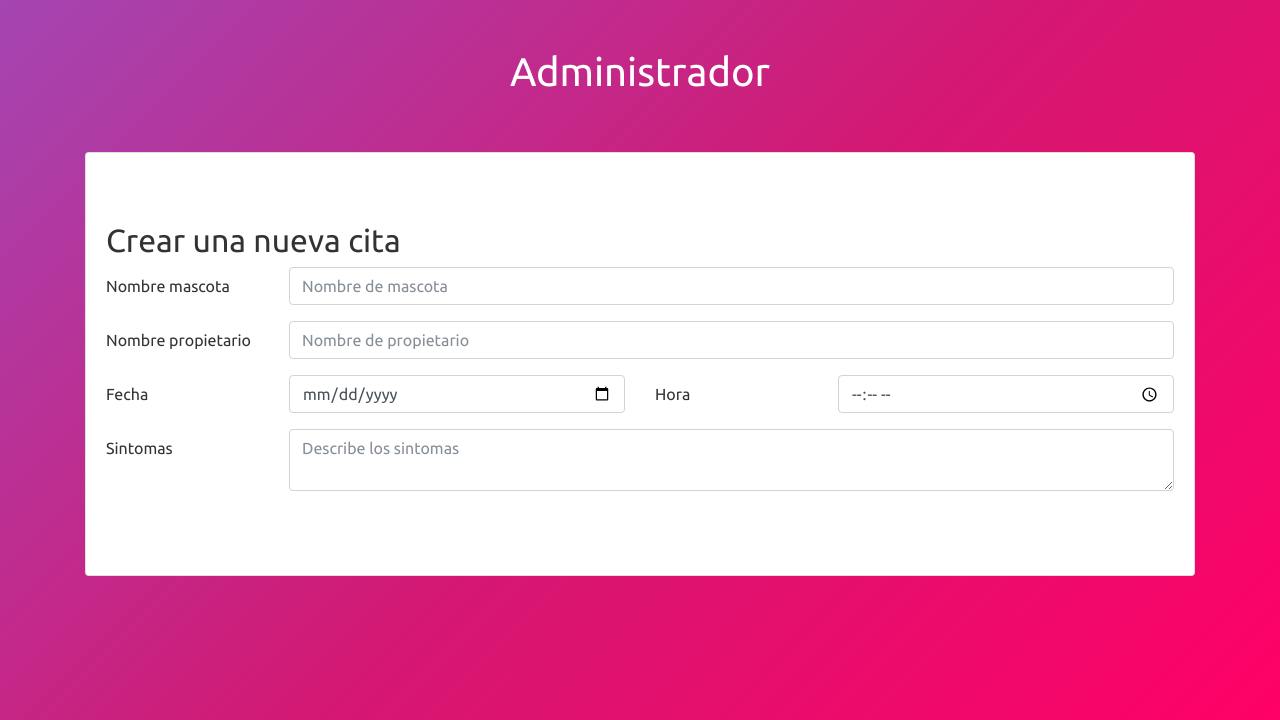
Repository: harrycampaz/react-veterinario-form
Page: /
An editor plug-in stored every save of this project. The page is shown before and after the next save, followed by the edit.
The browser window is 1280 px wide. The pictures show the whole page.
The project was rebuilt for these pictures with package versions that can differ from the ones it lists, and the page was loaded fresh each time.

Above is the page before, as saved 2020-01-16 14:25:35.

### src/App.js
import React, { Component } from "react";
import "./bootstrap.min.css";
import Header from "./components/ui/Header";
import NuevaCita from "./components/layout/NuevaCita";

class App extends Component {
  state = {};
  render() {
    return (
      <div className="container">
        <Header titulo="Administrador" />
        <div className="row">
          <div className="col-md-12 max-auto">
            <NuevaCita />
          </div>
        </div>
      </div>
    );
  }
}

export default App;

### src/components/ui/Header.js
import React from 'react';

const Header = ({titulo}) => {
    return (
      <header>
<h1 className="text-center"> {titulo}</h1>
      </header>
    );
};

export default Header;

### src/components/layout/NuevaCita.js
import React, { Component } from "react";

class NuevaCita extends Component {
  render() {
    return (

      <div className="card mt-5 py-5">
        <div className="card-body">
          <h2> Crear una nueva cita</h2>
        <form>
          <div class="form-group row">
            <label className="col-sm-4 col-lg-2 col-form-label" for="nombre">
              Nombre mascota
            </label>
            <div className="col-sm-8 col-lg-10">
              <input
                type="text"
                className="form-control"
                name="mascota"
                id="mascota"
                aria-describedby="emailHelpId"
                placeholder="Nombre de mascota"
              />
            </div>
          </div>
          <div class="form-group row">
            <label className="col-sm-4 col-lg-2 col-form-label" for="nombre">
              Nombre propietario
            </label>
            <div className="col-sm-8 col-lg-10">
              <input
                type="text"
                className="form-control"
                name="propietario"
                id="propietario"
                aria-describedby="emailHelpId"
                placeholder="Nombre de propietario"
              />
            </div>
          </div>

          <div class="form-group row">
            <label className="col-sm-4 col-lg-2 col-form-label" for="nombre">
              Fecha
            </label>
            <div className="col-sm-8 col-lg-4">
              <input
                type="date"
                className="form-control"
                name="fecha"
                id="fecha"
                aria-describedby="emailHelpId"
              />
            </div>

            <label className="col-sm-4 col-lg-2 col-form-label" for="nombre">
              Hora
            </label>
            <div className="col-sm-8 col-lg-4">
              <input
                type="time"
                className="form-control"
                name="propietario"
                id="propietario"
                aria-describedby="emailHelpId"
                placeholder="Nombre de propietario"
              />
            </div>
          </div>

          <div class="form-group row">
            <label className="col-sm-4 col-lg-2 col-form-label" for="nombre">
              Sintomas
            </label>
            <div className="col-sm-8 col-lg-10">
              <textarea
                type="text"
                className="form-control"
                name="propietario"
                id="propietario"
                aria-describedby="emailHelpId"
                placeholder="Describe los sintomas"
              ></textarea>
            </div>
          </div>
        </form>
      </div>
      </div>
    );
  }
}

export default NuevaCita;

Loaded but not shown: public/index.html (common file); src/index.js (common file); src/index.css (common file); src/serviceWorker.js (common file); src/bootstrap.min.css (library)

After the next save:
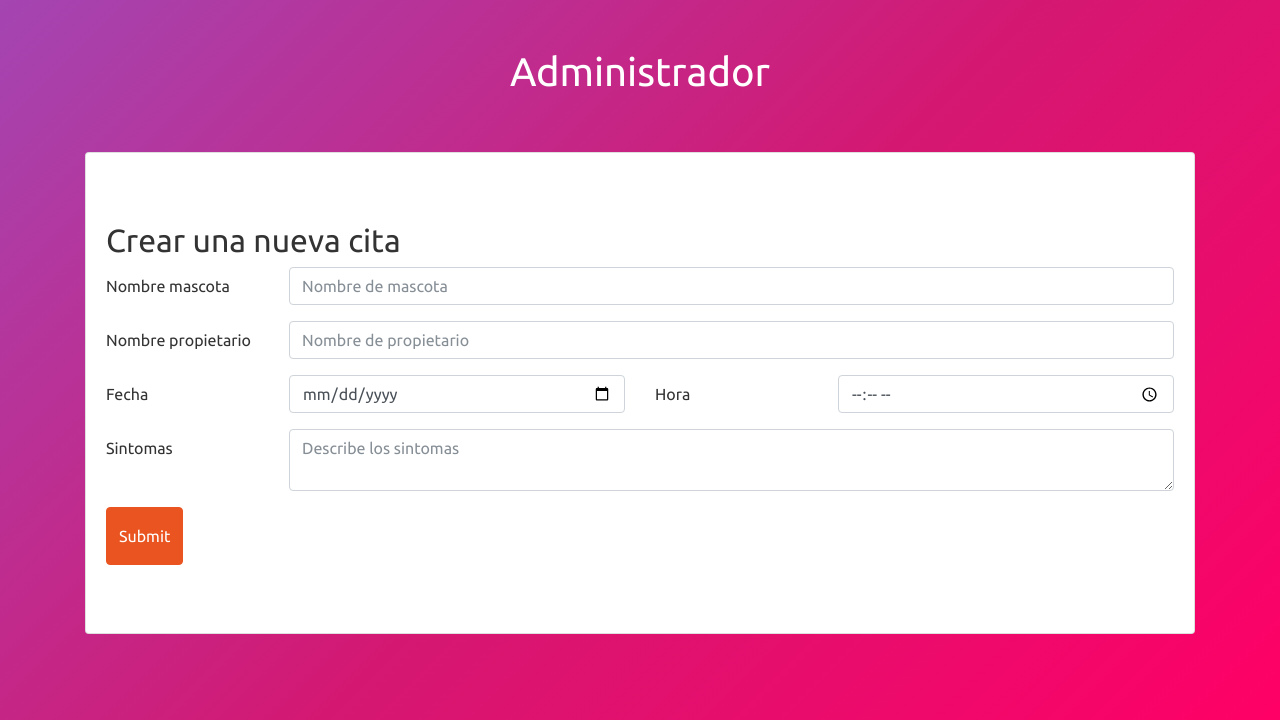
Saved 36 s later.
--- a/src/components/layout/NuevaCita.js
+++ b/src/components/layout/NuevaCita.js
@@ -83,6 +83,8 @@ class NuevaCita extends Component {
               ></textarea>
             </div>
           </div>
+
+          <button type="submit" className=" py-3 btn btn-primary">Submit</button>
         </form>
       </div>
       </div>
